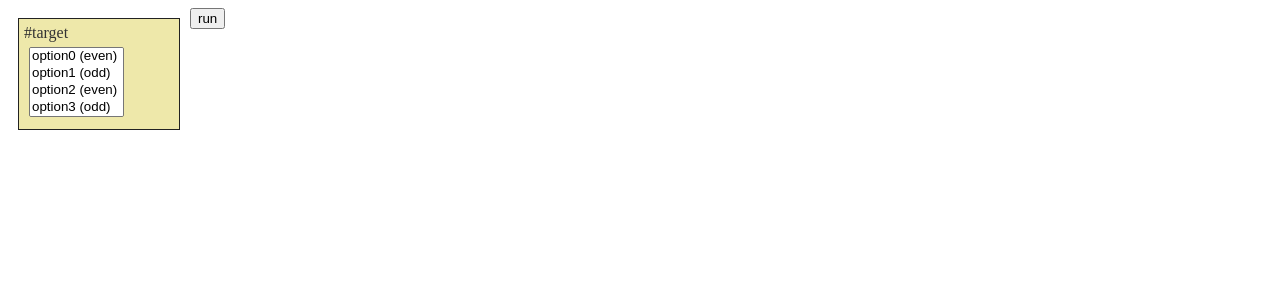
Repository: silenttemplar/java_start_project
Page: hansung_ee_2014/hansung_jquery_exercise/WebContent/15. Alternate Color.html
The author's editor kept a copy of each file at every save. The page is drawn from the files as they stood at one save, then again after the next save.
The browser window is 1280 px wide. The pictures show the whole page.
After loading, the first visible `input` was clicked once.

Above is the page before, as saved 2014-08-27 08:04:57.

### hansung_ee_2014/hansung_jquery_exercise/WebContent/15. Alternate Color.html
<html>
<head>
<title>Alternate Color</title>
<script src="./jquery-2.1.0.min.js"></script>
<script type="text/javascript">
	/**
	 * 대상 : div 내부 select
	 * 기능 : 홀수 인덱스 option 배경색 변경
	 * 함수 : filter(), :odd, css()
	 */
	function run() {
		$("#target > option:odd").css("background","yellow");

	}
</script>

</head>

<body>
	<div id="target"
		style="color: rgb(51, 51, 51); width: 150px; height: 100px; float: left; border: 1px solid rgb(34, 34, 34); background-color: rgb(238, 232, 170); margin: 10px; padding: 5px; background-position: initial initial; background-repeat: initial initial;">
		#target<br>
		<select size="4" data-role="none" style="margin: 5px; width: 95px;"><option
				value="0">option0 (even)</option>
			<option value="1">option1 (odd)</option>
			<option value="2">option2 (even)</option>
			<option value="3">option3 (odd)</option>
			<option value="4">option4 (even)</option></select>
	</div>
	<input type="button" value="run" onclick="run()" />
</body>
</html>

Loaded but not shown: hansung_ee_2014/hansung_jquery_exercise/WebContent/jquery-2.1.0.min.js (library)

After the next save:
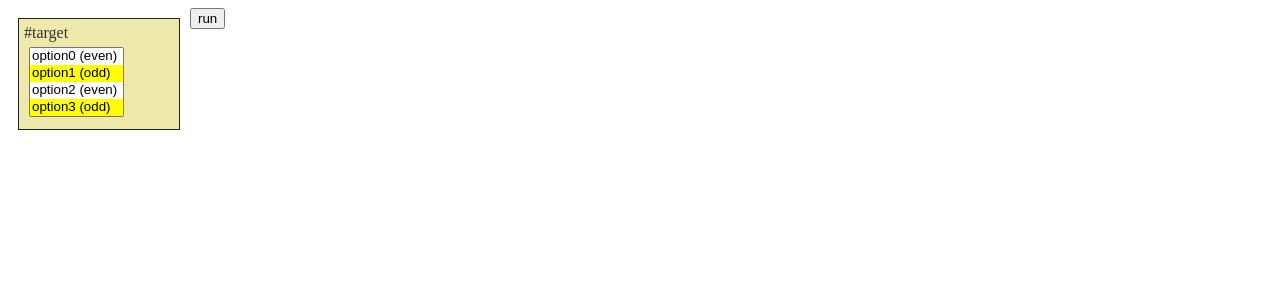
Saved 11 s later.
--- a/hansung_ee_2014/hansung_jquery_exercise/WebContent/15. Alternate Color.html
+++ b/hansung_ee_2014/hansung_jquery_exercise/WebContent/15. Alternate Color.html
@@ -9,7 +9,7 @@
 	 * 함수 : filter(), :odd, css()
 	 */
 	function run() {
-		$("#target > option:odd").css("background","yellow");
+		$("option:odd").css("background","yellow");
 
 	}
 </script>

After the save that followed:
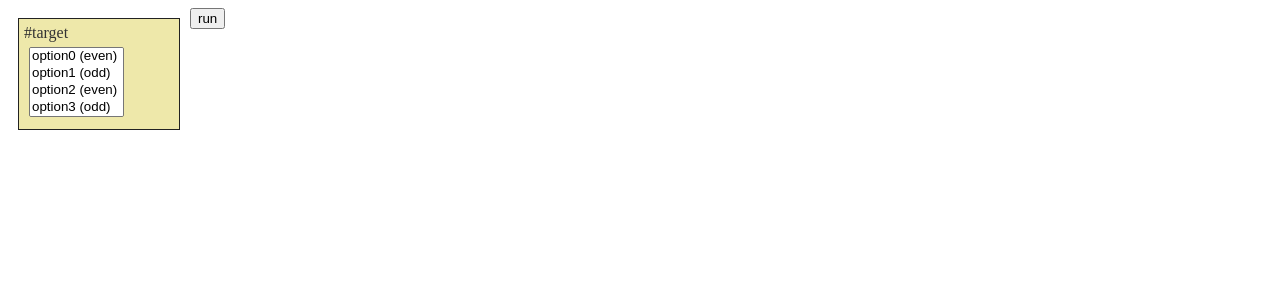
Saved 14 s later.
--- a/hansung_ee_2014/hansung_jquery_exercise/WebContent/15. Alternate Color.html
+++ b/hansung_ee_2014/hansung_jquery_exercise/WebContent/15. Alternate Color.html
@@ -9,7 +9,7 @@
 	 * 함수 : filter(), :odd, css()
 	 */
 	function run() {
-		$("option:odd").css("background","yellow");
+		$("div > option:odd").css("background","yellow");
 
 	}
 </script>
